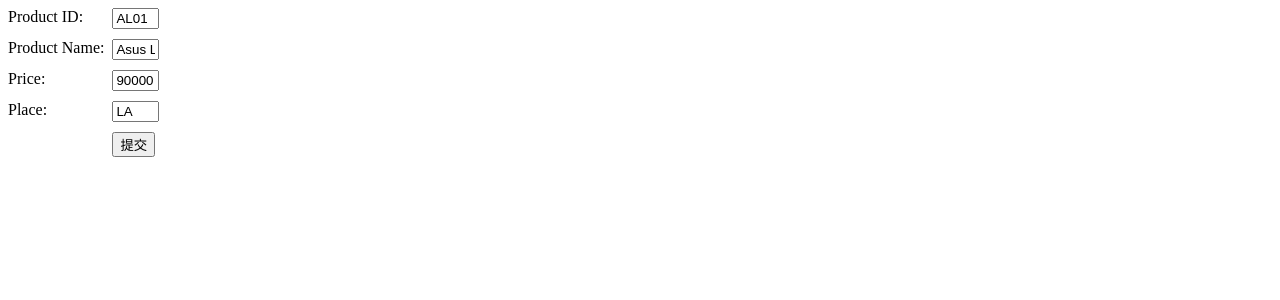
Repository: chofong1999/workspace202607
Page: mvweb0716/src/main/webapp/product.html
The author's editor kept a copy of each file at every save. The page is drawn from the files as they stood at one save, then again after the next save.
The browser window is 1280 px wide. The pictures show the whole page.

Above is the page before, as saved 2026-07-16 03:50:09.

After the next save:
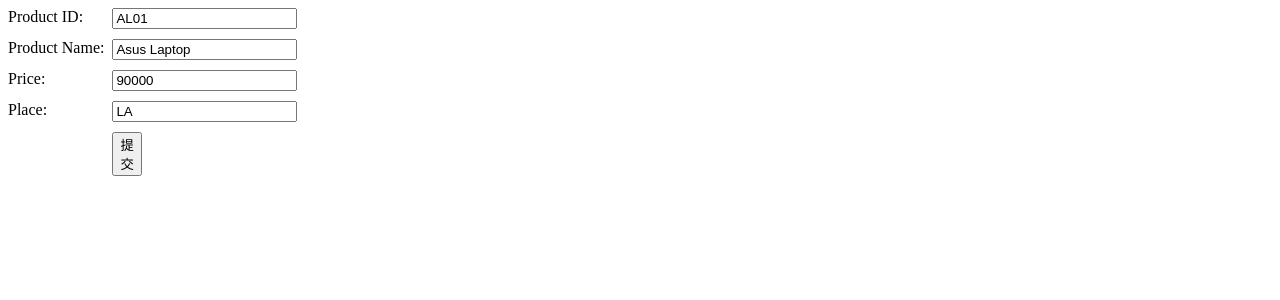
Saved 18 s later.
--- a/mvweb0716/src/main/webapp/product.html
+++ b/mvweb0716/src/main/webapp/product.html
@@ -7,11 +7,10 @@
 <style>
 .product-form {
     display: grid;
-    grid-template-columns: max-content 300px;
+    grid-template-columns: max-content 00px;
     gap: 10px 8px;
 }
 .product-form input {
-	width:13%;
     grid-column: 2;
     justify-self: start;
 }
